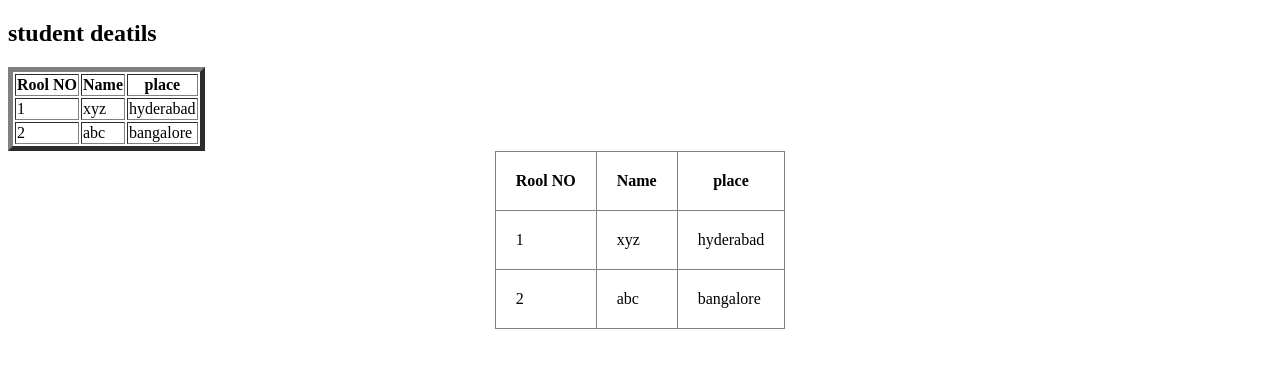
Repository: viveknaidu007/repo-113-HTML
Page: 3.html
These files come from the project's save history. The page is drawn as it stood at one moment and after the next save; the edit follows.
The browser window is 1280 px wide. The pictures show the whole page.

Above is the page before, as saved 2024-06-10 19:54:57.

### 3.html
<!DOCTYPE html>
<html>
    <head>
        <title> Table Demo </title>
    </head>

    <body>
        <h2> student deatils</h2>
        <table border="5">

            <tr>
                <th> Rool NO</th>
                <th> Name</th>
                <th> place</th>
            </tr>

            <tr>
                <td>1</td>
                <td>xyz</td>
                <td>hyderabad</td>
            </tr>

            <tr>
                <td>2</td>
                <td>abc</td>
                <td>bangalore</td>
            </tr>

        </table>

        <table border="1" style="border-collapse:collapse" cellpadding="20" cellspacing="5" align="center">

            <tr>
                <th> Rool NO</th>
                <th> Name</th>
                <th> place</th>
            </tr>

            <tr>
                <td>1</td>
                <td>xyz</td>
                <td>hyderabad</td>
            </tr>

            <tr>
                <td>2</td>
                <td>abc</td>
                <td>bangalore</td>
            </tr>

        </table>

    </body>
</html>

After the next save:
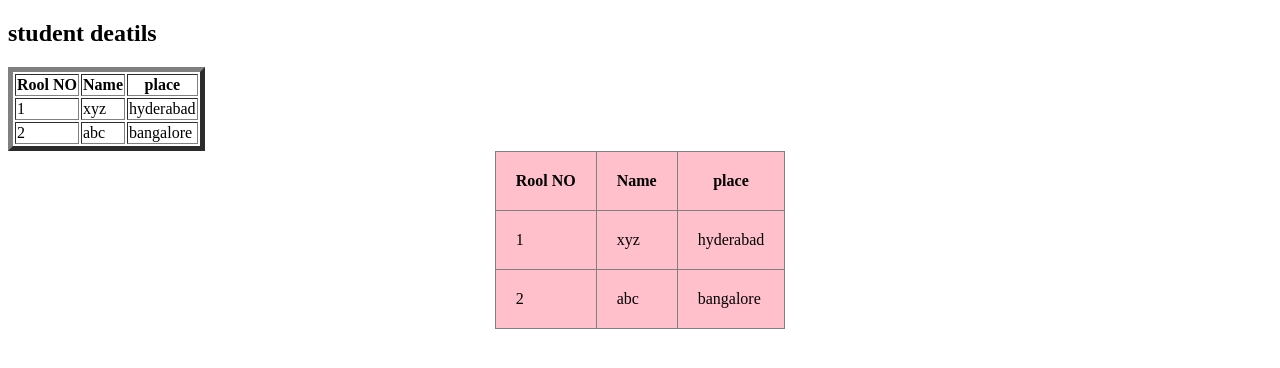
Saved 2 min 15 s later.
--- a/3.html
+++ b/3.html
@@ -28,7 +28,7 @@
 
         </table>
 
-        <table border="1" style="border-collapse:collapse" cellpadding="20" cellspacing="5" align="center">
+        <table border="1" style="border-collapse:collapse" cellpadding="20" cellspacing="5" align="center" bgcolor="pink">
 
             <tr>
                 <th> Rool NO</th>
